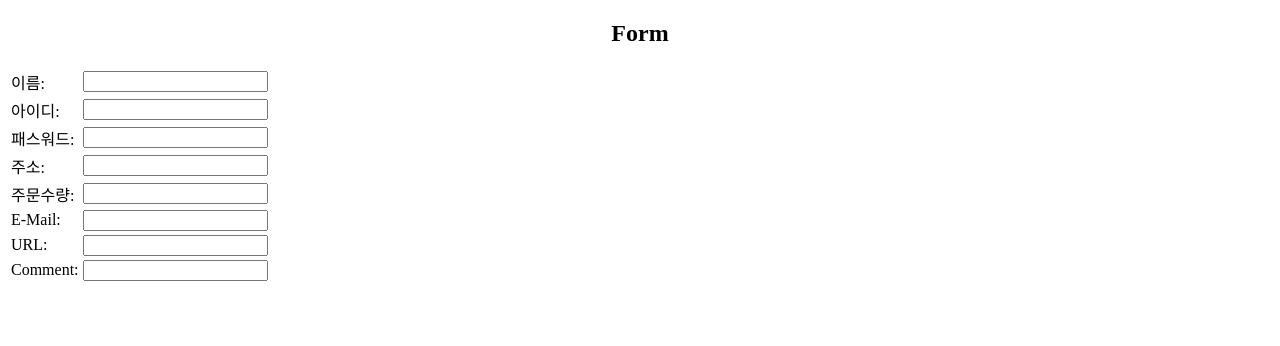
Repository: gyujin91/JSP
Page: web01/src/main/webapp/form.html
An editor plug-in stored every save of this project. The page is shown before and after the next save, followed by the edit.
The browser window is 1280 px wide. The pictures show the whole page.

Above is the page before, as saved 2022-04-22 05:13:53.

After the next save:
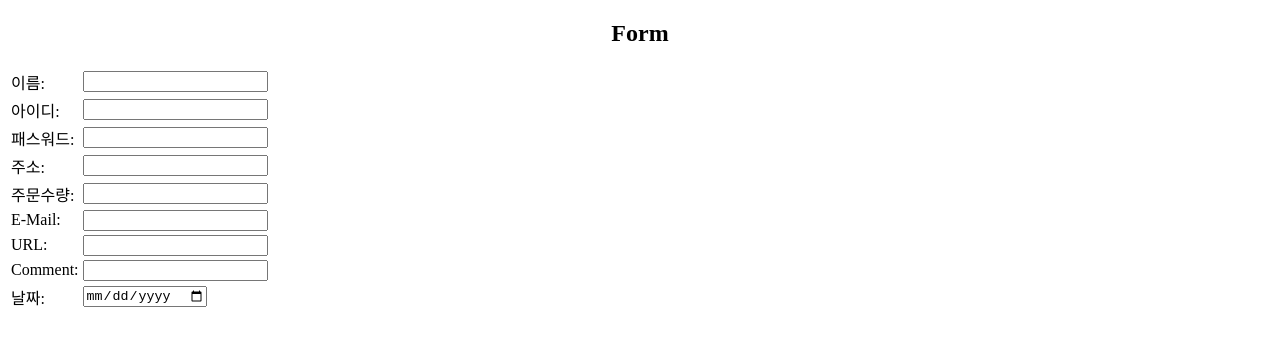
Saved 15 s later.
--- a/web01/src/main/webapp/form.html
+++ b/web01/src/main/webapp/form.html
@@ -45,6 +45,10 @@
             	<td>Comment:
             	<td><input type="text" name="comment"></td>
             </tr>
+            <tr>
+            	<td>날짜:
+            	<td><input type="date" name="date"></td>
+            </tr>
 
         </table>
 
